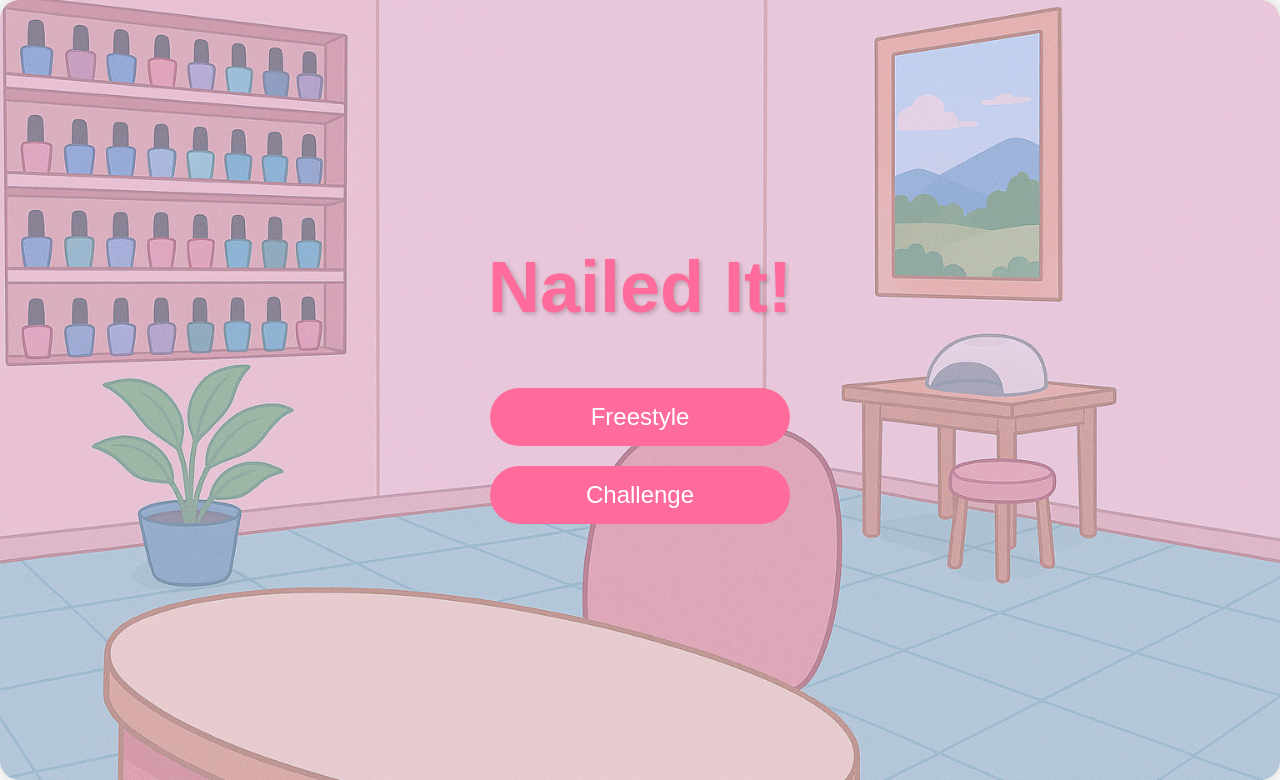
Repository: primcharlin/nailedit
Page: index.html
The author's editor kept a copy of each file at every save. The page is drawn from the files as they stood at one save, then again after the next save.
The browser window is 1280 px wide. The pictures show the whole page.

Above is the page before, as saved 2025-05-06 10:20:25.

After the next save:
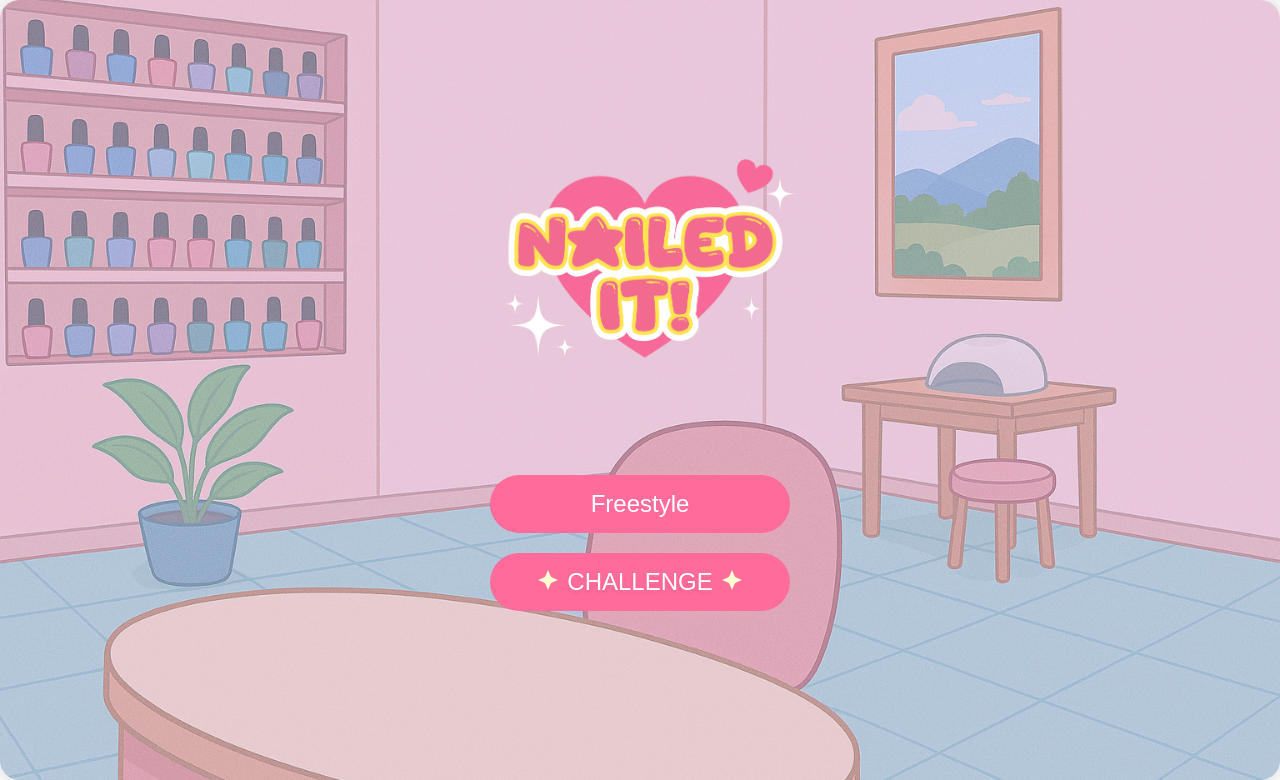
Saved 5 h 50 min later.
--- a/index.html
+++ b/index.html
@@ -15,13 +15,27 @@
     </head>
     <body>
         <div id="game-container">
+            <!-- Beau Testing -->
             <!-- Main Menu -->
             <div
                 id="main-menu"
                 class="menu">
-                <h1>Nailed It!</h1>
+                <img
+                    src="img/LOGO.png"
+                    alt="Nailed It!"
+                    class="logo" />
                 <button id="freestyle-button">Freestyle</button>
-                <button id="challenge-button">Challenge</button>
+                <button id="challenge-button">
+                    <img
+                        src="img/star.png"
+                        alt="star"
+                        class="star-icon left" />
+                    <span>CHALLENGE</span>
+                    <img
+                        src="img/star.png"
+                        alt="star"
+                        class="star-icon right" />
+                </button>
             </div>
 
             <div
